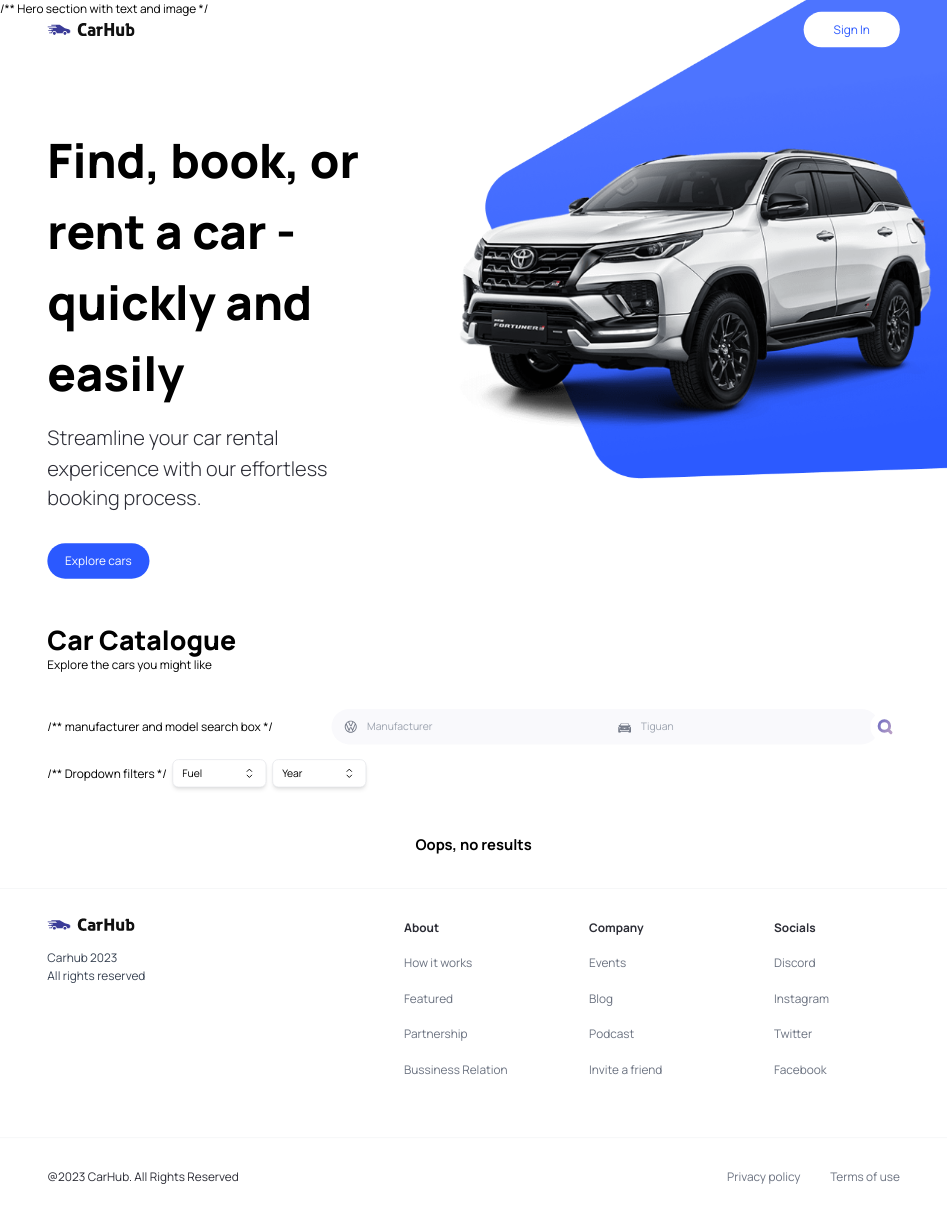
Repository: AmolPawar7181/CarHub
Page: /
The author's editor kept a copy of each file at every save. The page is drawn from the files as they stood at one save, then again after the next save.
The browser window is 1280 px wide. The pictures show the whole page, at 74% of full size.
The page's requests for data from a server got no answer. The project was rebuilt for these pictures with package versions that can differ from the ones it lists, and the page was loaded fresh each time. The framework's server and built-in components were replaced by stand-ins that run in the browser. No one was signed in, and anything a server would have sent is missing. Also part of the build but not shown: next.config.js, components/CarCard.tsx, components/CarDetails.tsx, components/ShowMore.tsx.

Above is the page before, as saved 2023-07-10 14:48:52.

### app/layout.tsx
import {Footer, Navbar} from '@/components';
import './globals.css';
import {Inter} from 'next/font/google';

const inter = Inter({subsets: ['latin']});

export const metadata = {
	title: 'Car Hub',
	description: 'Discover the best cars in the world.',
};

export default function RootLayout({children}: {children: React.ReactNode}) {
	return (
		<html lang='en'>
			<body className='relative'>
				<Navbar />
				{children}
				<Footer />
			</body>
		</html>
	);
}

### app/page.tsx
'use client';
import {CarCard, CustomFilter, Hero, SearchBar, ShowMore} from '@/components';
import {fuels, yearsOfProduction} from '@/constants';
import {fetchCars} from '@/utils';
import React, {useEffect, useState} from 'react';
import Image from 'next/image';
import {CarState} from '@/types';

export default function Home() {
	const [allCars, setAllCars] = useState<CarState>([]);
	const [loading, setLoading] = useState(false);
	// search states
	const [manufacturer, setManufacturer] = useState('');
	const [model, setModel] = useState('');

	// filter states
	const [fuel, setFuel] = useState('');
	const [year, setYear] = useState(2022);

	//pagination state
	const [limit, setLimit] = useState(10);

	// get cars from backend
	const getCars = async () => {
		setLoading(true);
		try {
			const result = await fetchCars({
				manufacturer: manufacturer || '',
				year: year || 2022,
				fuel: fuel || '',
				limit: limit || 10,
				model: model || '',
			});
			setAllCars(result);
		} catch (e) {
			console.log('error ', e);
		} finally {
			setLoading(false);
		}
	};

	useEffect(() => {
		getCars();
	}, [fuel, year, limit, manufacturer, model]);

	return (
		<main className='overflow-hidden'>
			/** Hero section with text and image */
			<Hero />
			<div className='mt-12 padding-x padding-y max-width' id='discover'>
				<div className='gome__text-container'>
					<h1 className='text-4xl font-extrabold'>Car Catalogue</h1>
					<p>Explore the cars you might like</p>
				</div>

				<div className='home__filters'>
					/** manufacturer and model search box */
					<SearchBar setManufacturer={setManufacturer} setModel={setModel} />
					<div className='home__filter-container'>
						/** Dropdown filters */
						<CustomFilter title='fuel' options={fuels} setFilter={setFuel} />
						<CustomFilter
							title='year'
							options={yearsOfProduction}
							setFilter={setYear}
						/>
					</div>
				</div>

				{allCars.length > 0 ? (
					<section>
						<div className='home__cars-wrapper'>
							{allCars?.map((car, index) => (
								<CarCard car={car} key={car.model + index} />
							))}
						</div>
						{loading && (
							<div className='mt-16 w-full flex-center'>
								<Image
									src='/loader.svg'
									alt='loader'
									width={50}
									height={50}
									className='object-contain'
								/>
							</div>
						)}
						/* show more car button */
						<ShowMore
							pageNumber={limit / 10}
							isNext={limit > allCars.length}
							setLimit={setLimit}
						/>
					</section>
				) : (
					<div className='home__error-container'>
						<h2 className='text-black text-xl font-bold'>Oops, no results</h2>
						<p>{allCars?.message}</p>
					</div>
				)}
			</div>
		</main>
	);
}

### components/index.tsx
import Hero from './Hero';
import CustomButton from './CustomButton';
import Navbar from './Narbar';
import Footer from './Footer';
import SearchBar from './SearchBar';
import CustomFilter from './CustomFilter';
import SearchManufacturer from './SearchManufacturer';
import CarCard from './CarCard';
import CarDetails from './CarDetails';
import ShowMore from './ShowMore';

export {
	Hero,
	CustomButton,
	Navbar,
	Footer,
	SearchBar,
	CustomFilter,
	SearchManufacturer,
	CarCard,
	CarDetails,
	ShowMore,
};

### app/globals.css
@import url('https://fonts.googleapis.com/css2?family=Manrope:wght@200;300;400;500;600;700;800&display=swap');

@tailwind base;
@tailwind components;
@tailwind utilities;

* {
	margin: 0;
	padding: 0;
	box-sizing: border-box;
	font-family: 'Manrope', sans-serif;
}

/* START: General styles */
.max-width {
	@apply max-w-[1440px] mx-auto;
}

.padding-x {
	@apply sm:px-16 px-6;
}

.padding-y {
	@apply py-4;
}

.flex-center {
	@apply flex items-center justify-center;
}

.flex-between {
	@apply flex justify-between items-center;
}

.custom-btn {
	@apply flex flex-row relative justify-center items-center py-3 px-6 outline-none;
}
/* END: General styles */

/* START: Hero styles */
.hero {
	@apply flex xl:flex-row flex-col gap-5 relative z-0 max-w-[1440px] mx-auto;
}

.hero__title {
	@apply 2xl:text-[72px] sm:text-[64px] text-[50px] font-extrabold;
}

.hero__subtitle {
	@apply text-[27px] text-black-100 font-light mt-5;
}

.hero__image-container {
	@apply xl:flex-[1.5] flex justify-end items-end w-full xl:h-screen;
}

.hero__image {
	@apply relative xl:w-full w-[90%] xl:h-full h-[590px] z-0;
}

.hero__image-overlay {
	@apply absolute xl:-top-24 xl:-right-1/2 -right-1/4 bg-hero-bg bg-repeat-round -z-10 w-full xl:h-screen h-[590px] overflow-hidden;
}
/* END: Hero styles */

/* START: Home styles */

.home__text-container {
	@apply flex flex-col items-start justify-start gap-y-2.5 text-black-100;
}

.home__filters {
	@apply mt-12 w-full flex-between items-center flex-wrap gap-5;
}

.home__filter-container {
	@apply flex justify-start flex-wrap items-center gap-2;
}

.home__cars-wrapper {
	@apply grid 2xl:grid-cols-4 xl:grid-cols-3 md:grid-cols-2 grid-cols-1 w-full gap-8 pt-14;
}

.home__error-container {
	@apply mt-16 flex justify-center items-center flex-col gap-2;
}
/* END: Home styles */

/* START: Car Card styles */
.car-card {
	@apply flex flex-col p-6 justify-center items-start text-black-100 bg-primary-blue-100 hover:bg-white hover:shadow-md rounded-3xl;
}

.car-card__content {
	@apply w-full flex justify-between items-start gap-2;
}

.car-card__content-title {
	@apply text-[22px] leading-[26px] font-bold capitalize;
}

.car-card__price {
	@apply flex mt-6 text-[32px] leading-[38px] font-extrabold;
}

.car-card__price-dollar {
	@apply self-start text-[14px] leading-[17px] font-semibold;
}

.car-card__price-day {
	@apply self-end text-[14px] leading-[17px] font-medium;
}

.car-card__image {
	@apply relative w-full h-40 my-3 object-contain;
}

.car-card__icon-container {
	@apply flex group-hover:invisible w-full justify-between text-grey;
}

.car-card__icon {
	@apply flex flex-col justify-center items-center gap-2;
}

.car-card__icon-text {
	@apply text-[14px] leading-[17px];
}

.car-card__btn-container {
	@apply hidden group-hover:flex absolute bottom-0 w-full z-10;
}
/* END: Car Card styles */

/* START: Car Details styles */
.car-details__dialog-panel {
	@apply relative w-full max-w-lg max-h-[90vh] overflow-y-auto transform rounded-2xl bg-white p-6 text-left shadow-xl transition-all flex flex-col gap-5;
}

.car-details__close-btn {
	@apply absolute top-2 right-2 z-10 w-fit p-2 bg-primary-blue-100 rounded-full;
}

.car-details__main-image {
	@apply relative w-full h-40 bg-pattern bg-cover bg-center rounded-lg;
}
/* END: Car Details styles */

/* START: Custom Filter styles */
.custom-filter__btn {
	@apply relative w-full min-w-[127px] flex justify-between items-center cursor-default rounded-lg bg-white py-2 px-3 text-left shadow-md sm:text-sm border;
}

.custom-filter__options {
	@apply absolute mt-1 max-h-60 w-full overflow-auto rounded-md bg-white py-1 text-base shadow-lg ring-1 ring-black ring-opacity-5 focus:outline-none sm:text-sm;
}
/* END: Custom Filter styles */

/* START: Footer styles */
.footer {
	@apply flex flex-col text-black-100  mt-5 border-t border-gray-100;
}

.footer__links-container {
	@apply flex max-md:flex-col flex-wrap justify-between gap-5 sm:px-16 px-6 py-10;
}

.footer__rights {
	@apply flex flex-col justify-start items-start gap-6;
}

.footer__links {
	@apply flex-1 w-full flex md:justify-end flex-wrap max-md:mt-10 gap-20;
}

.footer__link {
	@apply flex flex-col gap-6 text-base min-w-[170px];
}

.footer__copyrights {
	@apply flex justify-between items-center flex-wrap mt-10 border-t border-gray-100 sm:px-16 px-6 py-10;
}

.footer__copyrights-link {
	@apply flex-1 flex sm:justify-end justify-center max-sm:mt-4 gap-10;
}
/* END: Footer styles */

/* START: searchbar styles */
.searchbar {
	@apply flex items-center justify-start max-sm:flex-col w-full relative max-sm:gap-4 max-w-3xl;
}

.searchbar__item {
	@apply flex-1 max-sm:w-full flex justify-start items-center relative;
}

.searchbar__input {
	@apply w-full h-[48px] pl-12 p-4 bg-light-white rounded-r-full max-sm:rounded-full outline-none cursor-pointer text-sm;
}
/* END: searchbar styles */

/* START: search manufacturer styles */
.search-manufacturer {
	@apply flex-1 max-sm:w-full flex justify-start items-center;
}

.search-manufacturer__input {
	@apply w-full h-[48px] pl-12 p-4 rounded-l-full max-sm:rounded-full bg-light-white outline-none cursor-pointer text-sm;
}

.search-manufacturer__options {
	@apply absolute mt-1 max-h-60 w-full overflow-auto rounded-md bg-white py-1 text-base shadow-lg ring-1 ring-black ring-opacity-5 focus:outline-none sm:text-sm;
}

.search-manufacturer__option {
	@apply cursor-default select-none py-2 pl-10 pr-4;
}
/* END: search manufacturer styles */

### constants/index.ts
export const manufacturers = [
	'Acura',
	'Alfa Romeo',
	'Aston Martin',
	'Audi',
	'Bentley',
	'BMW',
	'Buick',
	'Cadillac',
	'Chevrolet',
	'Chrysler',
	'Citroen',
	'Dodge',
	'Ferrari',
	'Fiat',
	'Ford',
	'GMC',
	'Honda',
	'Hyundai',
	'Infiniti',
	'Jaguar',
	'Jeep',
	'Kia',
	'Lamborghini',
	'Land Rover',
	'Lexus',
	'Lincoln',
	'Maserati',
	'Mazda',
	'McLaren',
	'Mercedes-Benz',
	'MINI',
	'Mitsubishi',
	'Nissan',
	'Porsche',
	'Ram',
	'Rolls-Royce',
	'Subaru',
	'Tesla',
	'Toyota',
	'Volkswagen',
	'Volvo',
];

export const yearsOfProduction = [
	{title: 'Year', value: ''},
	{title: '2015', value: '2015'},
	{title: '2016', value: '2016'},
	{title: '2017', value: '2017'},
	{title: '2018', value: '2018'},
	{title: '2019', value: '2019'},
	{title: '2020', value: '2020'},
	{title: '2021', value: '2021'},
	{title: '2022', value: '2022'},
	{title: '2023', value: '2023'},
];

export const fuels = [
	{
		title: 'Fuel',
		value: '',
	},
	{
		title: 'Gas',
		value: 'Gas',
	},
	{
		title: 'Electricity',
		value: 'Electricity',
	},
];

export const footerLinks = [
	{
		title: 'About',
		links: [
			{title: 'How it works', url: '/'},
			{title: 'Featured', url: '/'},
			{title: 'Partnership', url: '/'},
			{title: 'Bussiness Relation', url: '/'},
		],
	},
	{
		title: 'Company',
		links: [
			{title: 'Events', url: '/'},
			{title: 'Blog', url: '/'},
			{title: 'Podcast', url: '/'},
			{title: 'Invite a friend', url: '/'},
		],
	},
	{
		title: 'Socials',
		links: [
			{title: 'Discord', url: '/'},
			{title: 'Instagram', url: '/'},
			{title: 'Twitter', url: '/'},
			{title: 'Facebook', url: '/'},
		],
	},
];

### utils/index.ts
import {CarProps, FilterProps} from '@/types';

export async function fetchCars(filters: FilterProps) {
	const {manufacturer, year, model, limit, fuel} = filters;
	const headers = {
		'X-RapidAPI-Key': process.env.NEXT_PUBLIC_RAPIDAPI_KEY,
		'X-RapidAPI-Host': 'cars-by-api-ninjas.p.rapidapi.com',
	};

	const response = await fetch(
		`https://cars-by-api-ninjas.p.rapidapi.com/v1/cars?make=${manufacturer}&year=${year}&model=${model}&limit=${limit}&fuel_type=${fuel}`,
		{headers: headers}
	);

	const result = await response.json();
	return result;
}

export const calculateCarRent = (city_mpg: number, year: number) => {
	const basePricePerDay = 50; // Base rental price per day in dollars
	const mileageFactor = 0.1; // Additional rate per mile driven
	const ageFactor = 0.05; // Additional rate per year of vehicle age

	// Calculate additional rate based on mileage and age
	const mileageRate = city_mpg * mileageFactor;
	const ageRate = (new Date().getFullYear() - year) * ageFactor;

	// Calculate total rental rate per day
	const rentalRatePerDay = basePricePerDay + mileageRate + ageRate;

	return rentalRatePerDay.toFixed(0);
};

export const generateCarImageUrl = (car: CarProps, angle?: string) => {
	const url = new URL('https://cdn.imagin.studio/getimage');
	const {make, model, year} = car;

	url.searchParams.append('customer', 'copyright-imaginstudio');
	url.searchParams.append('make', make);
	url.searchParams.append('modelFamily', model.split(' ')[0]);
	url.searchParams.append('zoomType', 'fullscreen');
	url.searchParams.append('modelYear', `${year}`);
	// url.searchParams.append('zoomLevel', zoomLevel);
	url.searchParams.append('angle', `${angle}`);

	return `${url}`;
};

export const updateSearchParams = (type: string, value: string) => {
	const searchParams = new URLSearchParams(window.location.search);
	searchParams.set(type, value);

	const newPathName = `${window.location.pathname}?${searchParams.toString()}`;

	return newPathName;
};

### components/Hero.tsx
'use client';
import Image from 'next/image';
import CustomButton from './CustomButton';

const Hero = () => {
	const handleScroll = () => {};
	return (
		<div className='hero'>
			<div className='flex-1 pt-36 padding-x'>
				<h1 className='hero__title'>
					Find, book, or rent a car - quickly and easily
				</h1>

				<p className='hero__subtitle'>
					Streamline your car rental expericence with our effortless booking
					process.
				</p>
				<CustomButton
					title='Explore cars'
					containerStyles='bg-primary-blue text-white rounded-full mt-10'
					handleClick={handleScroll}
				/>
			</div>
			<div className='hero__image-container'>
				<div className='hero__image'>
					<Image src='/hero.png' alt='Hero' fill className='object-contain' />
				</div>
				<div className='hero__image-overlay'></div>
			</div>
		</div>
	);
};

export default Hero;

### components/CustomButton.tsx
'use client';

import {CustomButtonProps} from '@/types';
import Image from 'next/image';

const CustomButton = ({
	title,
	containerStyles,
	handleClick,
	btnType,
	textStyles,
	rightIcon,
}: CustomButtonProps) => {
	return (
		<button
			disabled={false}
			type={btnType || 'button'}
			className={`custom-btn ${containerStyles}`}
			onClick={handleClick}
		>
			<span className={`flex-1 ${textStyles}`}>{title}</span>
			{rightIcon && (
				<div className='relative w-6 h-6'>
					<Image
						src={rightIcon}
						alt='right icon'
						fill
						className='object-contain'
					/>
				</div>
			)}
		</button>
	);
};

export default CustomButton;

### components/Narbar.tsx
import Link from 'next/link';
import Image from 'next/image';

import CustomButton from './CustomButton';

const Narbar = () => {
	return (
		<header className='w-full absolute z-10'>
			<nav className='max-w-[1440px] mx-auto flex justify-between items-center sm:px-16 px-6 py-4'>
				<Link href='/' className='flex justify-center items-center'>
					<Image
						src='/logo.svg'
						alt='Car hub logo'
						width={118}
						height={18}
						className='object-contain'
					/>
				</Link>
				<CustomButton
					title='Sign In'
					btnType='button'
					containerStyles='text-primary-blue rounded-full bg-white min-w-[130px]'
				/>
			</nav>
		</header>
	);
};

export default Narbar;

### components/Footer.tsx
import Image from 'next/image';
import Link from 'next/link';

import {footerLinks} from '@/constants';

const Footer = () => {
	return (
		<footer className='flex flex-col text-black-100 mt-5 border-t border-gray-100'>
			<div className='flex max-md:flex-col flex-wrap justify-between gap-5 sm:px-16 px-6 py-10'>
				<div className='flex flex-col justify-start items-start gap-6'>
					<Image
						src='/logo.svg'
						alt='logo'
						width={118}
						height={18}
						className='object-contain'
					/>
					<p className='text-base text-gray-700'>
						Carhub 2023 <br /> All rights reserved
					</p>
				</div>
				<div className='footer__links'>
					{footerLinks.map((link) => (
						<div key={link.title} className='footer__link'>
							<h3 className='font-bold'>{link.title}</h3>
							{link.links.map((item) => (
								<Link
									key={item.title}
									href={item.url}
									className='text-gray-500'
								>
									{item.title}
								</Link>
							))}
						</div>
					))}
				</div>
			</div>
			<div className='flex justify-between items-center flex-wrap mt-10 border-t border-gray-100 sm:px-16 px-6 py-10'>
				<p>@2023 CarHub. All Rights Reserved</p>
				<div className='footer__copyrights-link'>
					<Link href='/' className='text-gray-500'>
						Privacy policy
					</Link>
					<Link href='/' className='text-gray-500'>
						Terms of use
					</Link>
				</div>
			</div>
		</footer>
	);
};

export default Footer;

### components/SearchBar.tsx
'use client';

import React, {useState} from 'react';

import {SearchManufacturer} from './index';
import Image from 'next/image';
import {useRouter} from 'next/navigation';
import {SearchBarProps} from '@/types';

const SearchButton = ({otherClasses}: {otherClasses: string}) => (
	<button type='submit' className={`-ml-3 z-10 ${otherClasses}`}>
		<Image
			src='/magnifying-glass.svg'
			alt='magnifying glass'
			width={40}
			height={40}
			className='object-contain'
		/>
	</button>
);

const SearchBar = ({setManufacturer, setModel}: SearchBarProps) => {
	const [searchManufacturer, setSearchManufacturer] = useState('');
	const [searchModel, setSearchModel] = useState('');
	const router = useRouter();

	const handleSearch = (e: React.FormEvent<HTMLFormElement>) => {
		e.preventDefault();
		if (searchManufacturer === '' && searchModel === '') {
			return alert('Please fill in the search bar');
		}

		setModel(searchModel);
		setManufacturer(searchManufacturer);
	};

	return (
		<form className='searchbar' onSubmit={handleSearch}>
			<div className='searchbar__item'>
				<SearchManufacturer
					selected={searchManufacturer}
					setSelected={setSearchManufacturer}
				/>
				<SearchButton otherClasses='sm:hidden' />
			</div>
			<div className='searchbar__item'>
				<Image
					src='/model-icon.png'
					width={25}
					height={25}
					className='absolute w-[20px] h-[20px] ml-4'
					alt='Car model'
				/>
				<input
					type='text'
					name='model'
					value={searchModel}
					onChange={(e) => setSearchModel(e.target.value)}
					placeholder='Tiguan'
					className='searchbar__input'
				/>
				<SearchButton otherClasses='sm:hidden' />
			</div>
			<SearchButton otherClasses='max-sm:hidden' />
		</form>
	);
};

export default SearchBar;

### components/CustomFilter.tsx
'use client';
import {Fragment, useState} from 'react';
import Image from 'next/image';
import {useRouter} from 'next/navigation';
import {Listbox, Transition} from '@headlessui/react';
import {CustomFilterProps} from '@/types';
import {updateSearchParams} from '@/utils';

const CustomFilter = ({title, options, setFilter}: CustomFilterProps) => {
	const [selected, setSelected] = useState(options[0]);

	return (
		<div className='w-fit'>
			<Listbox
				value={selected}
				onChange={(e) => {
					setSelected(e);
					setFilter(e.value);
				}}
			>
				<div className='relative w-fit z-10'>
					<Listbox.Button className='custom-filter__btn'>
						<span className='block truncate'>{selected.title}</span>
						<Image
							src='/chevron-up-down.svg'
							width={20}
							height={20}
							className='ml-4 object-contain'
							alt='Chevron up down'
						/>
					</Listbox.Button>
					<Transition
						as={Fragment}
						leave='transition ease-in duration-100'
						leaveFrom='opacity-100'
						leaveTo='opacity-0'
					>
						<Listbox.Options className='custom-filter__options'>
							{options.map((option) => (
								<Listbox.Option
									key={option.title}
									value={option}
									className={({active}) =>
										`relative cursor-default select-none py-2 px-4 ${
											active ? 'bg-primary-blue text-white' : 'text-gray-900'
										}`
									}
								>
									{({selected}) => (
										<span
											className={`block truncate ${
												selected ? 'font-medium' : 'font-normal'
											}`}
										>
											{option.title}
										</span>
									)}
								</Listbox.Option>
							))}
						</Listbox.Options>
					</Transition>
				</div>
			</Listbox>
		</div>
	);
};

export default CustomFilter;

### components/SearchManufacturer.tsx
'use client';
import Image from 'next/image';
import {Combobox, Transition} from '@headlessui/react';
import {Fragment, useState} from 'react';

import {SerachManufacturerProps} from '@/types';
import {manufacturers} from '@/constants';

const SearchManufacturer = ({
	selected,
	setSelected,
}: SerachManufacturerProps) => {
	const [query, setQuery] = useState('');

	const filteredManufactures =
		query === ''
			? manufacturers
			: manufacturers.filter((item) =>
					item
						.toLowerCase()
						.replace(/\s+/g, '')
						.includes(query.toLowerCase().replace(/\s+/g, ''))
			  );

	return (
		<div className='search-manufacturer'>
			<Combobox value={selected} onChange={setSelected}>
				<div className='relative w-full'>
					<Combobox.Button className='absolute top-[14px]'>
						<Image
							src='/car-logo.svg'
							width={20}
							height={20}
							className='ml-4'
							alt='Car Logo'
						/>
					</Combobox.Button>

					<Combobox.Input
						className='search-manufacturer__input'
						placeholder='Manufacturer'
						displayValue={(item: string) => item}
						onChange={(e) => setQuery(e.target.value)}
					/>

					<Transition
						as={Fragment}
						leave='transition ease-in duration-100'
						leaveFrom='opacity-100'
						leaveTo='opacity-0'
						afterLeave={() => setQuery('')}
					>
						<Combobox.Options>
							{filteredManufactures.map((item) => (
								<Combobox.Option
									key={item}
									className={({active}) =>
										`relative search-manufacturer__option ${
											active ? 'bg-primary-blue text-white' : 'text-gray-900'
										} `
									}
									value={item}
								>
									{({selected, active}) => (
										<>
											<span
												className={`block truncate ${
													selected ? 'font-medium' : 'font-normal'
												}`}
											>
												{item}
											</span>
											{selected ? (
												<span
													className={`absolute inset-y-0 left-0 flex items-center pl-3 ${
														active ? 'text-white' : 'text-teal-600'
													}`}
												></span>
											) : null}
										</>
									)}
								</Combobox.Option>
							))}
						</Combobox.Options>
					</Transition>
				</div>
			</Combobox>
		</div>
	);
};

export default SearchManufacturer;

Loaded but not shown: tailwind.config.js (34 lines, source omitted)

After the next save:
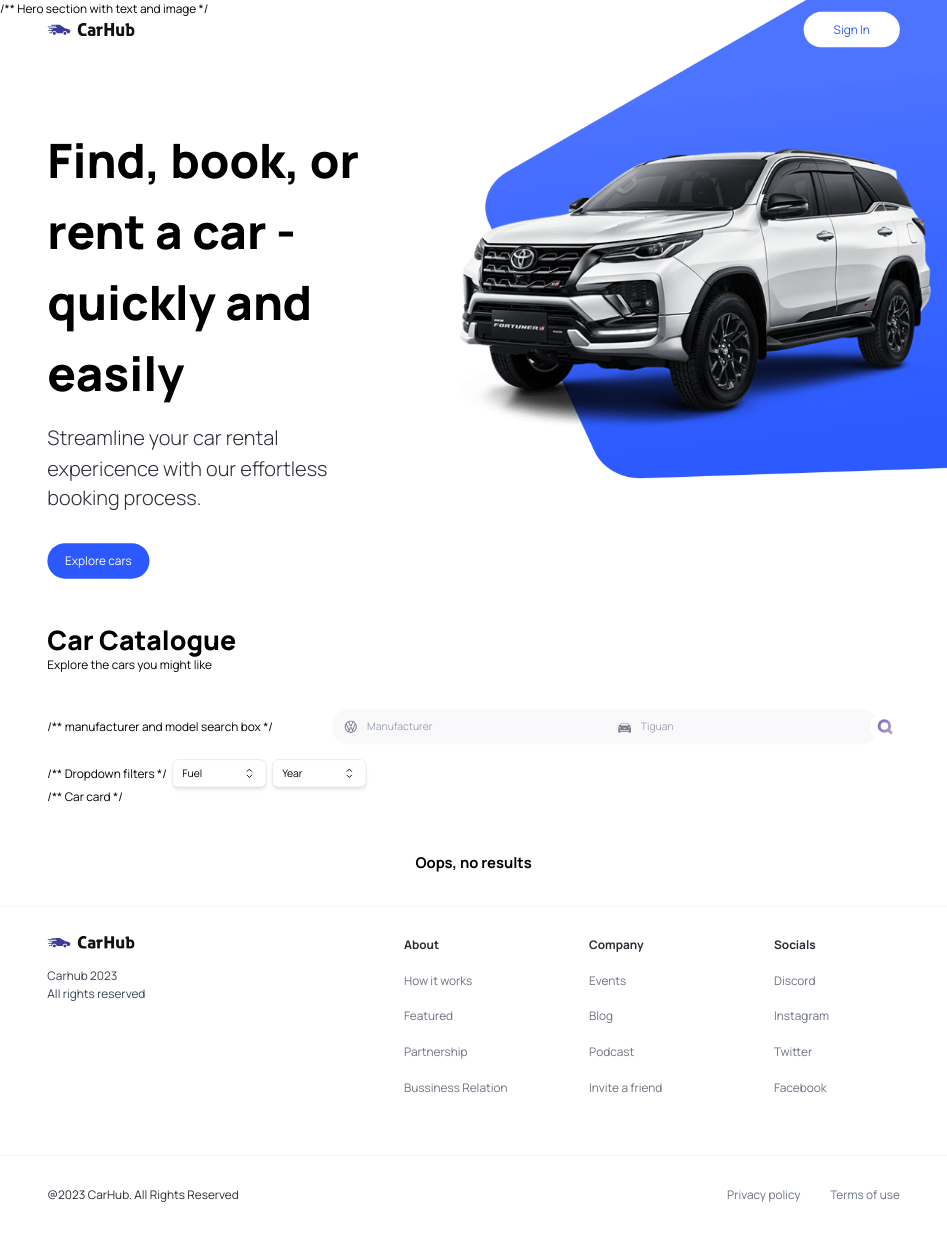
Saved 54 s later.
--- a/app/page.tsx
+++ b/app/page.tsx
@@ -52,7 +52,6 @@
 					<h1 className='text-4xl font-extrabold'>Car Catalogue</h1>
 					<p>Explore the cars you might like</p>
 				</div>
-
 				<div className='home__filters'>
 					/** manufacturer and model search box */
 					<SearchBar setManufacturer={setManufacturer} setModel={setModel} />
@@ -66,7 +65,7 @@
 						/>
 					</div>
 				</div>
-
+				/** Car card */
 				{allCars.length > 0 ? (
 					<section>
 						<div className='home__cars-wrapper'>
